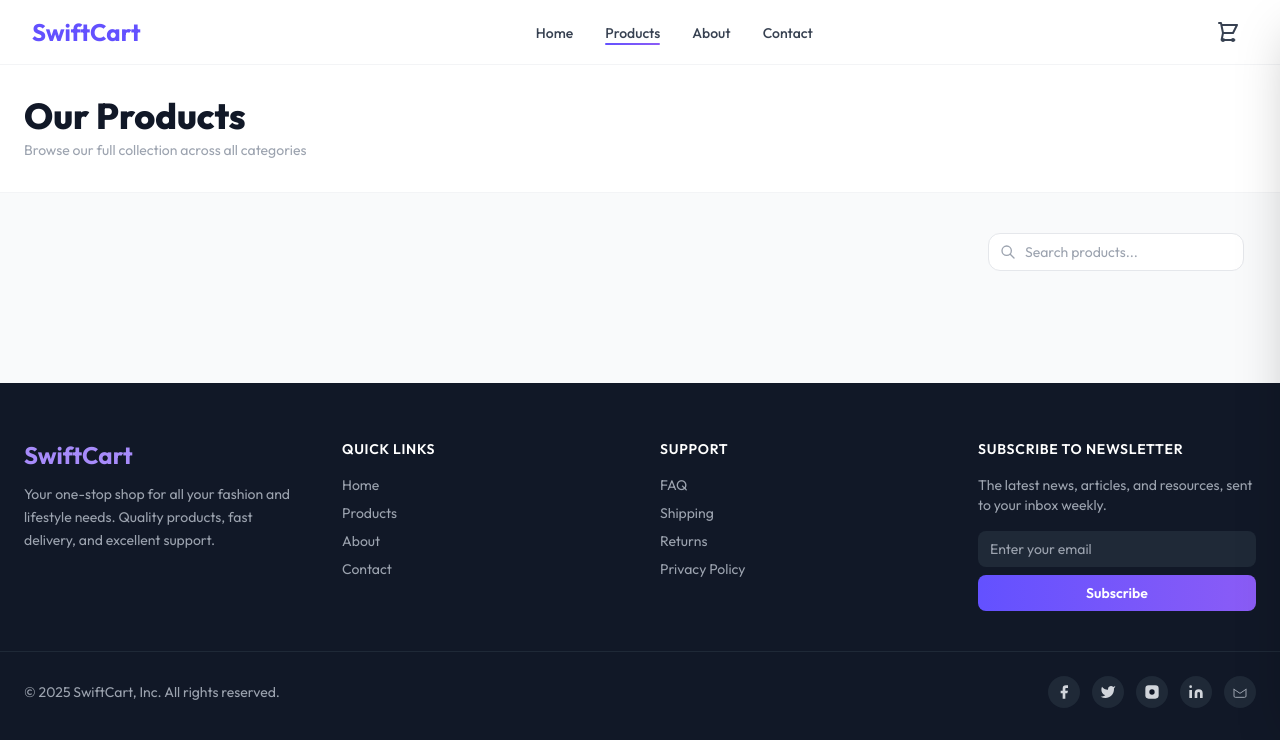
Repository: syedbayzid82849/SwiftCart-E-Commerce-
Page: products.html
The author's editor kept a copy of each file at every save. The page is drawn from the files as they stood at one save, then again after a run of saves.
The browser window is 1280 px wide. The pictures show the whole page.
The page's requests for data from a server got no answer. Some web libraries are served in a nearby version.

Above is the page before, as saved 2026-02-17 14:57:26.

After the next 3 saves:
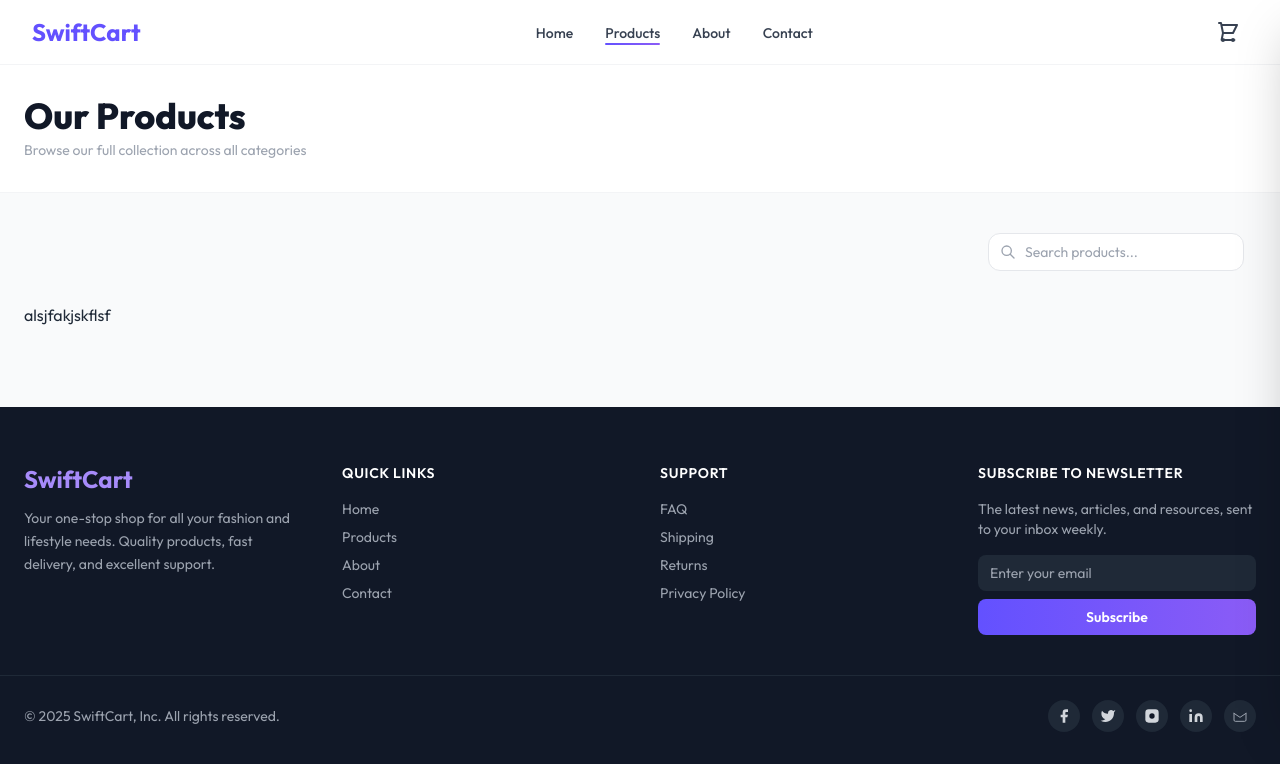
The 3 saves are shown as one change because they came seconds apart.
The last was saved 11 s later.
--- a/products.html
+++ b/products.html
@@ -90,7 +90,7 @@
         <!-- PRODUCTS GRID -->
 
 
-
+<div>alsjfakjskflsf</div>
         <!-- Empty State -->
         <div id="empty-state" class="hidden flex-col items-center justify-center py-20 text-center">
             <svg class="w-20 h-20 text-gray-200 mb-4" fill="none" viewBox="0 0 24 24" stroke="currentColor">

After the 2 saves that followed:
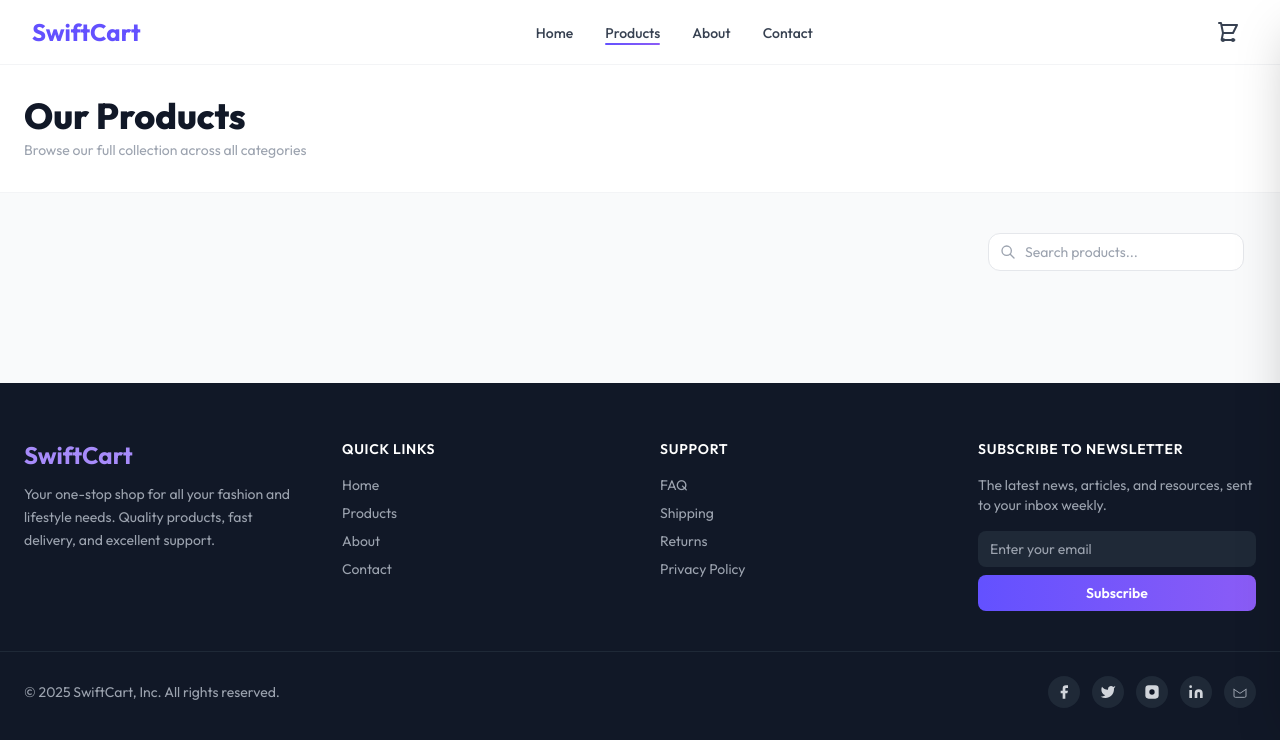
The 2 saves are shown as one change because they came seconds apart.
The last was saved 6 s later.
--- a/products.html
+++ b/products.html
@@ -90,7 +90,7 @@
         <!-- PRODUCTS GRID -->
 
 
-<div>alsjfakjskflsf</div>
+<div id="products-grid" class="grid grid-cols-2 sm:grid-cols-3 lg:grid-cols-4 gap-5"></div>
         <!-- Empty State -->
         <div id="empty-state" class="hidden flex-col items-center justify-center py-20 text-center">
             <svg class="w-20 h-20 text-gray-200 mb-4" fill="none" viewBox="0 0 24 24" stroke="currentColor">
